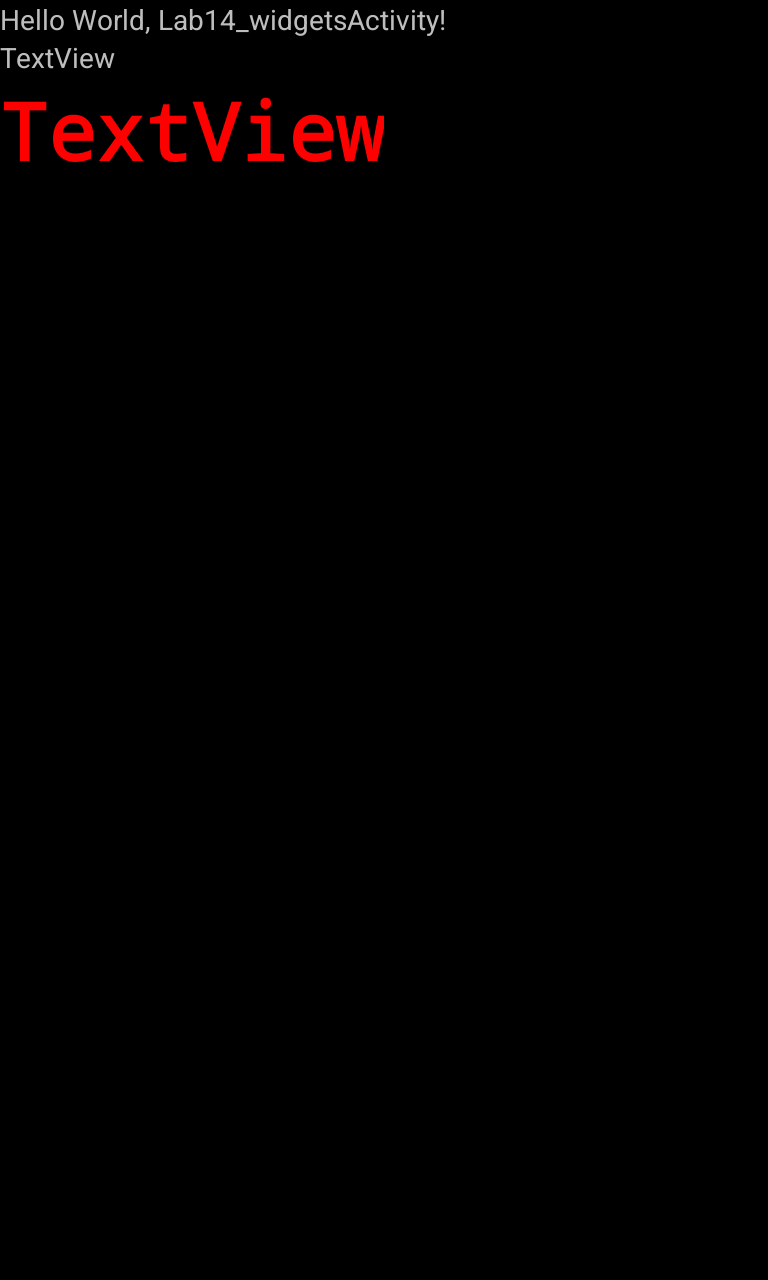
Repository: dorisserruto/un_exercises
Layout: javaandroid/Recursos/workspace-profe/lab14_widgets/res/layout/main.xml
These files come from the project's save history. The layout is drawn as it stood at one moment and after the next save; the edit follows.
It is drawn on a 768 x 1280 px phone screen (xhdpi) without system bars, with theme android:Theme.Holo; the app's code is not run.

Above is the layout before, as saved 2012-06-30 21:37:09.

After the next save:
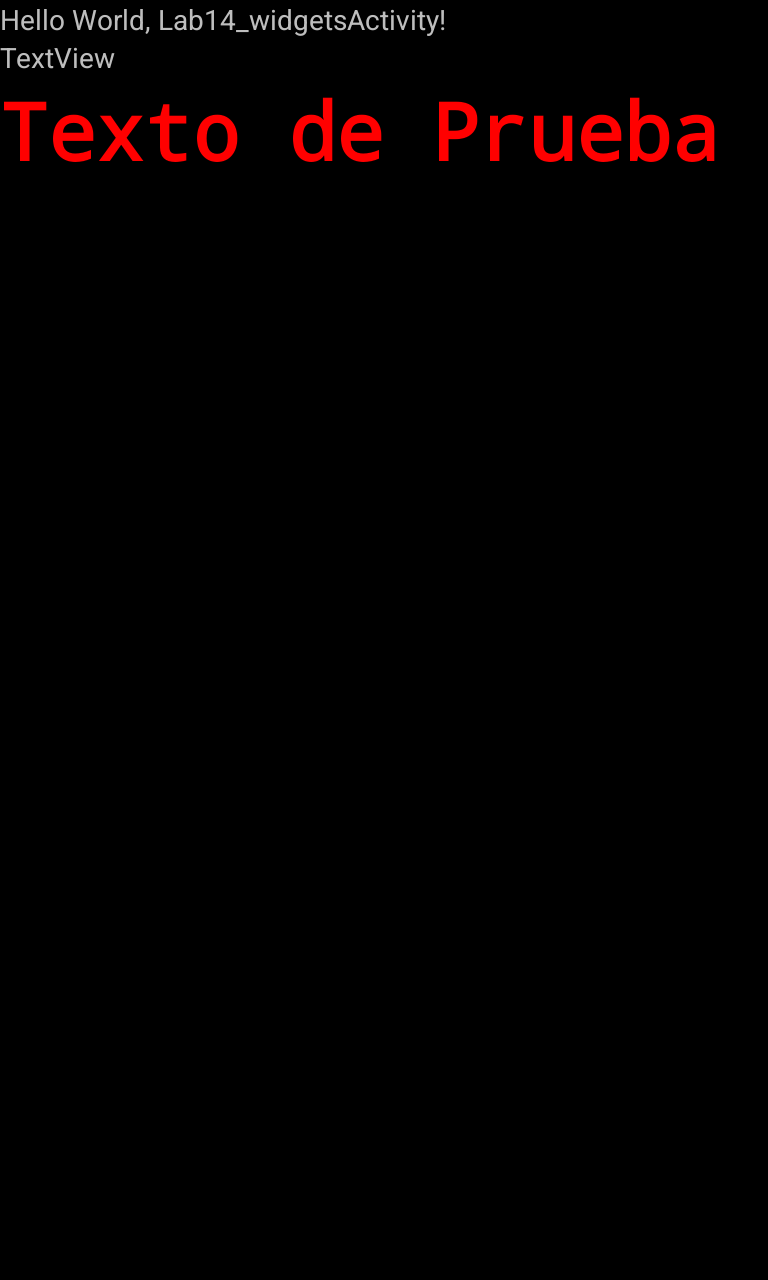
Saved 7 s later.
--- a/javaandroid/Recursos/workspace-profe/lab14_widgets/res/layout/main.xml
+++ b/javaandroid/Recursos/workspace-profe/lab14_widgets/res/layout/main.xml
@@ -19,7 +19,7 @@
         android:id="@+id/textView2"
         android:layout_width="wrap_content"
         android:layout_height="wrap_content"
-        android:text="TextView"
+        android:text="Texto de Prueba"
         android:typeface="monospace"
         android:textSize="40dp"
         android:textStyle="bold"
